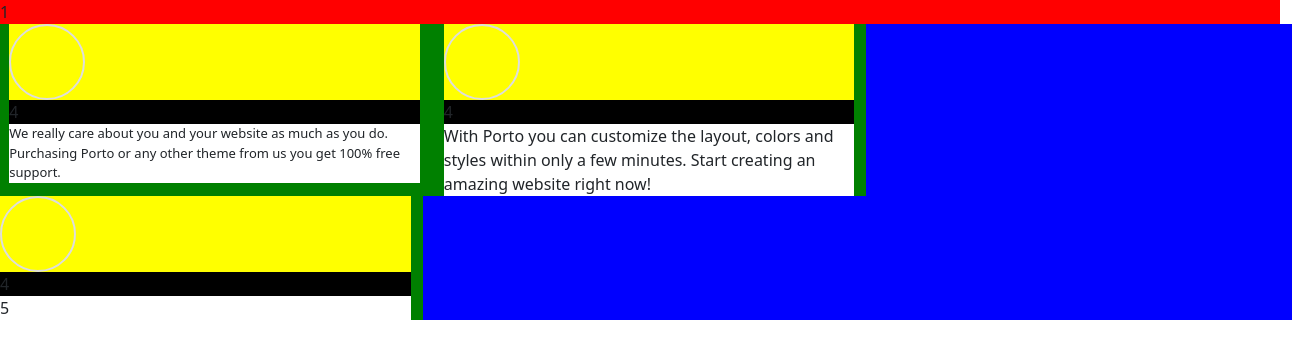
Repository: NguyenDo13/BE2-NhomH
Page: module-9/index/index.html
The author's editor kept a copy of each file at every save. The page is drawn from the files as they stood at one save, then again after the next save.
The browser window is 1280 px wide. The page is 1292 px wide, so the pictures cover 1292 px, including what lies to the right of the window. The pictures show the whole page.

Above is the page before, as saved 2022-05-15 10:47:43.

After the next save:
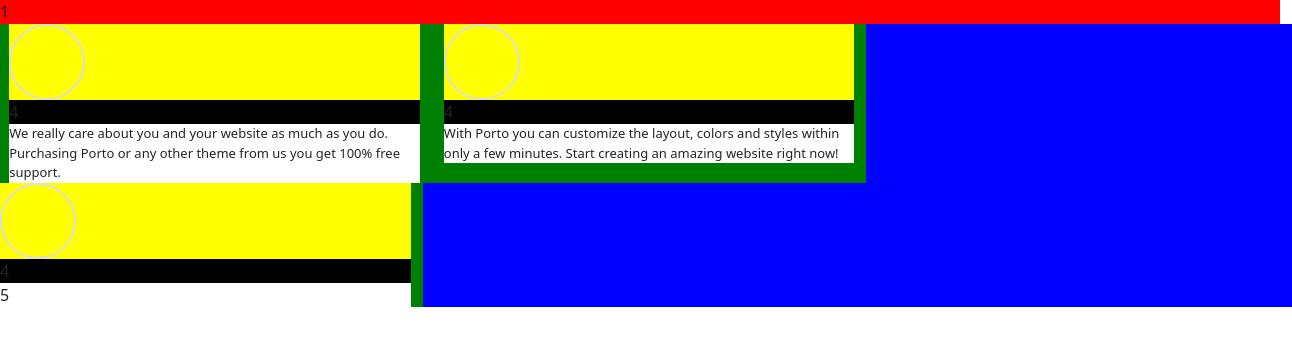
Saved 5 s later.
--- a/module-9/index/index.html
+++ b/module-9/index/index.html
@@ -35,7 +35,7 @@
                         <div class="portoTopicon"></div>
                     </div>
                     <div class="portoheader">4</div>
-                    <div class="portodescription" style="font-size: ;13px">With Porto you can customize the layout, colors and styles within only a few minutes. Start creating an amazing website right now!</div>
+                    <div class="portodescription" style="font-size: 13px">With Porto you can customize the layout, colors and styles within only a few minutes. Start creating an amazing website right now!</div>
                 </div>
             </div>
             <div class="vc_column_container col-md-4">
